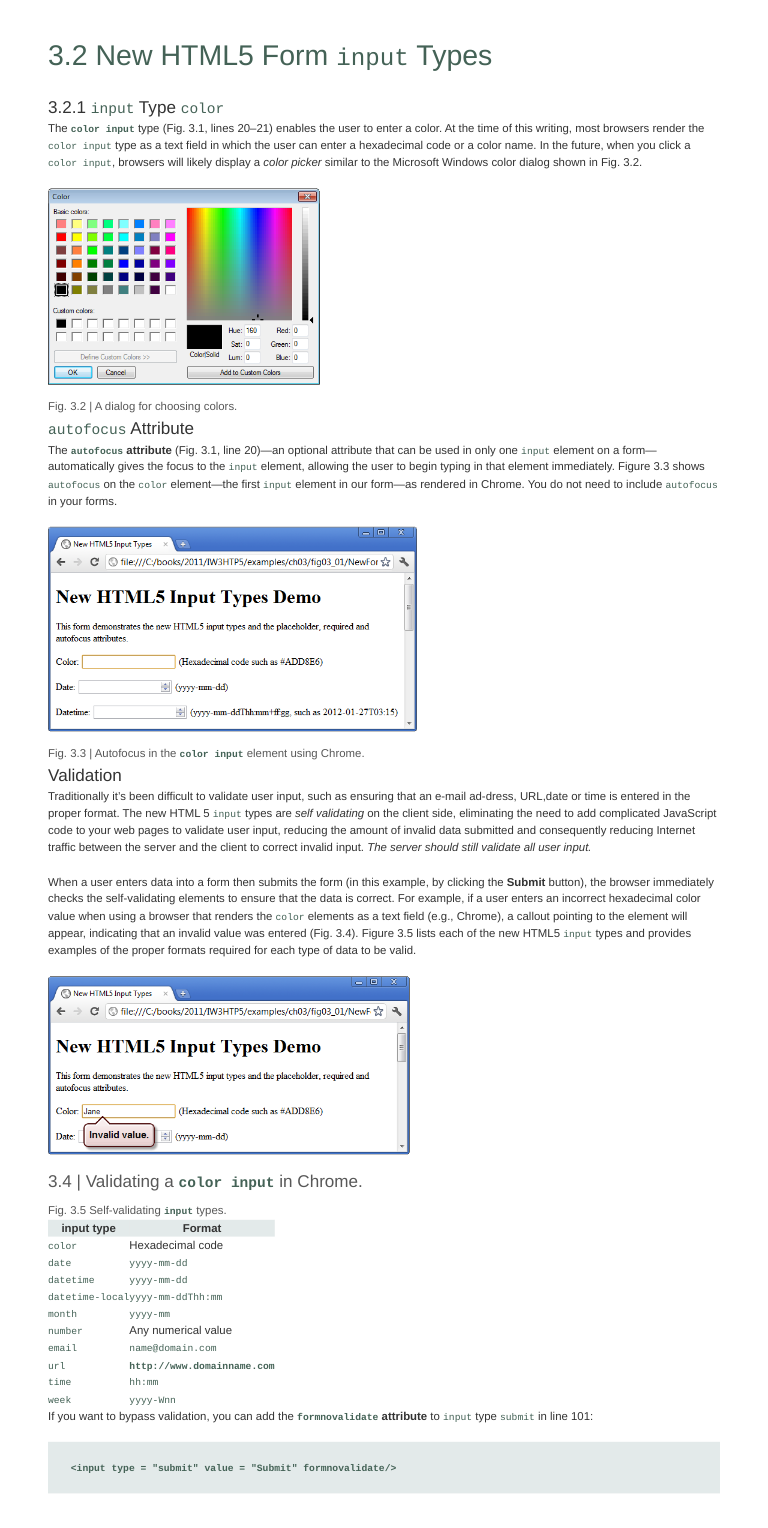
Repository: mlmEFSC21/P4-Textbook-Copy
Page: index.html
These files come from the project's save history. The page is drawn as it stood at one moment and after the next save; the edit follows.
The browser window is 1280 px wide. The pictures show the whole page, at 60% of full size.

Above is the page before, as saved 2022-02-03 17:49:47.

After the next save:
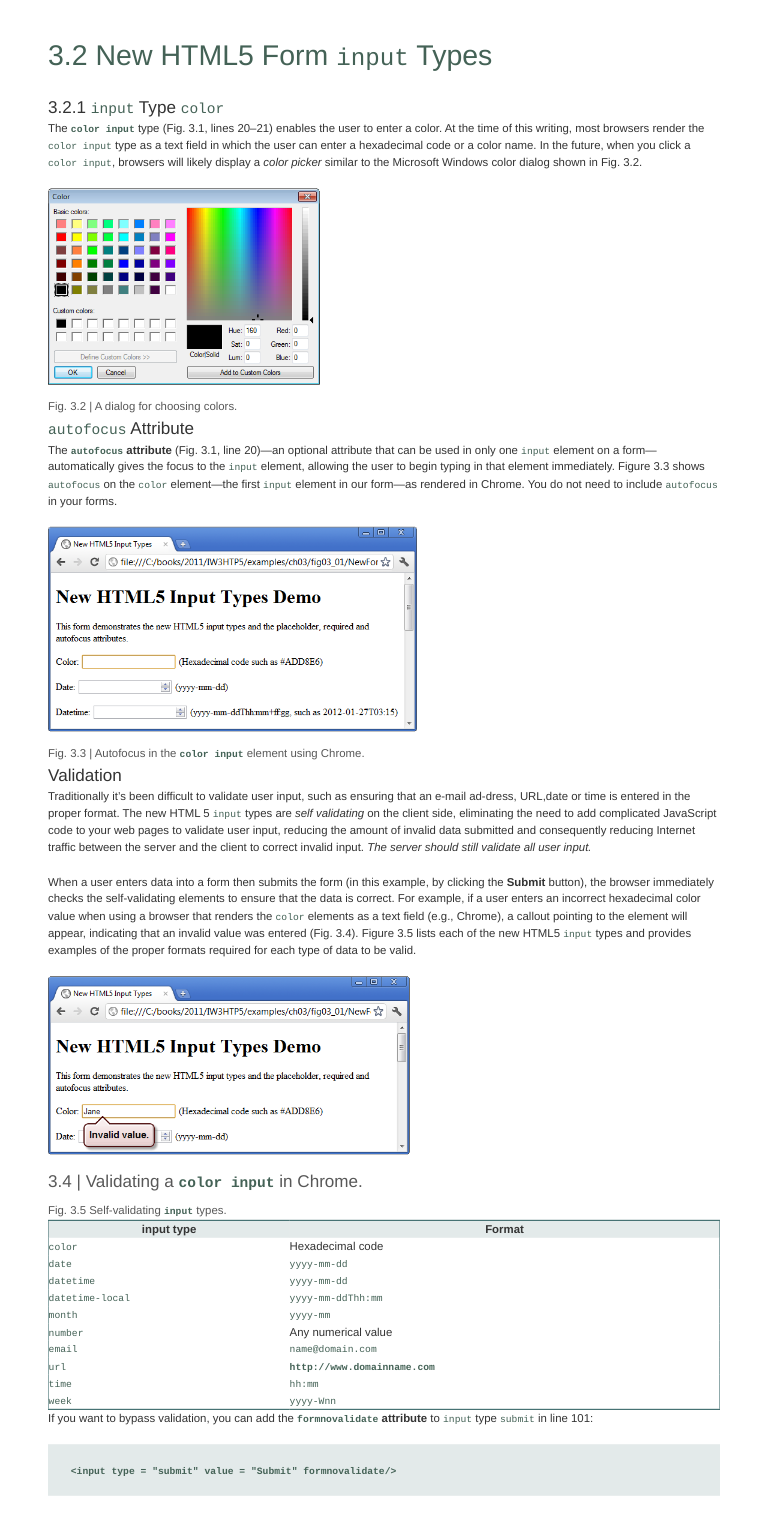
Saved 18 min 16 s later.
--- a/bookStyles.css
+++ b/bookStyles.css
@@ -64,6 +64,10 @@ p {
     margin-bottom: 1.5em;
 }
 table {
+    width: 100%;
+    border-style: solid;
+    border-width: 2px 1px 2px;
+    border-color: #467273;
     border-collapse: collapse;
 }
 div {
